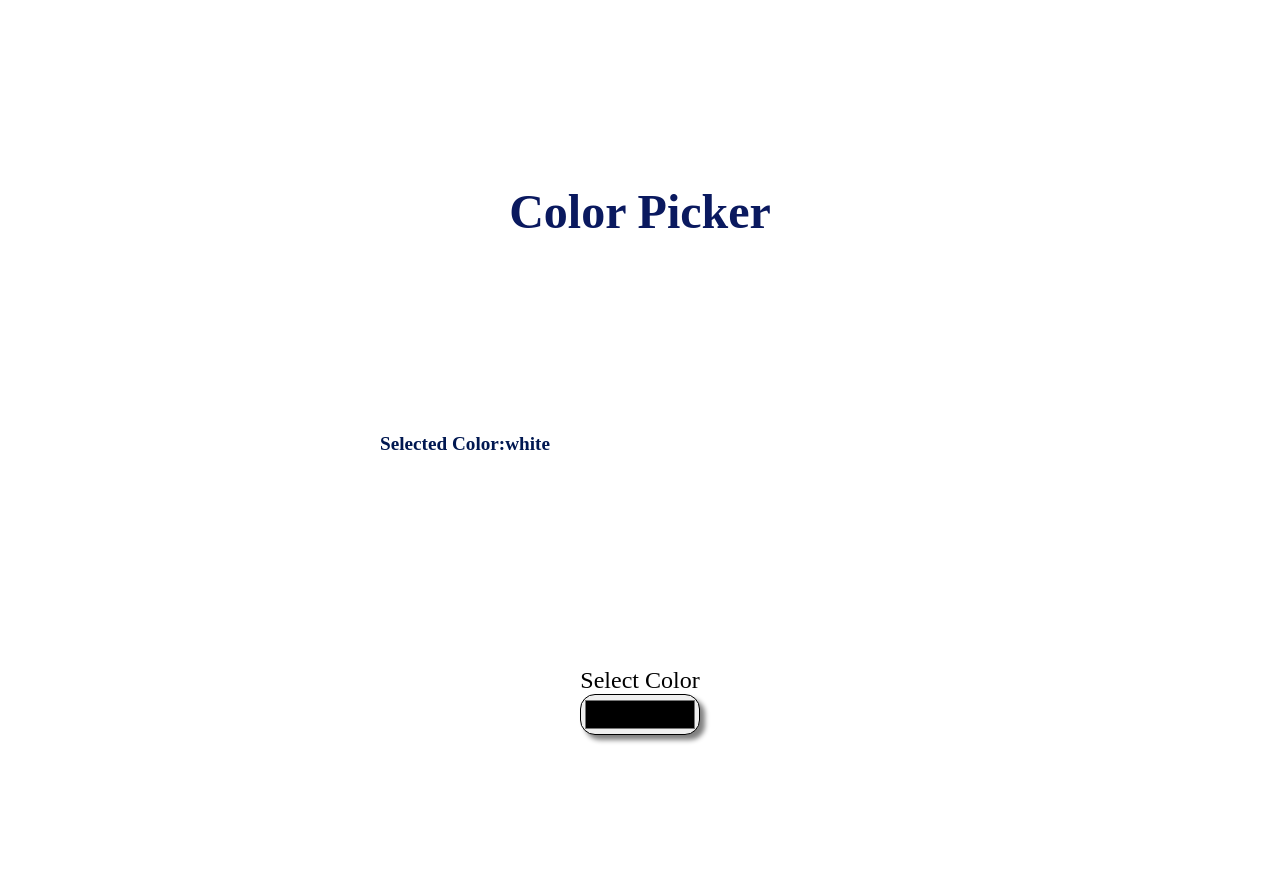
Repository: rkrukshan/Color-Picker--React-
Page: /
The author's editor kept a copy of each file at every save. The page is drawn from the files as they stood at one save, then again after the next save.
The browser window is 1280 px wide. The pictures show the whole page.
The project was rebuilt for these pictures with package versions that can differ from the ones it lists, and the page was loaded fresh each time. Also part of the build but not shown: vite.config.js.

Above is the page before, as saved 2024-07-21 18:38:57.

After the next save:
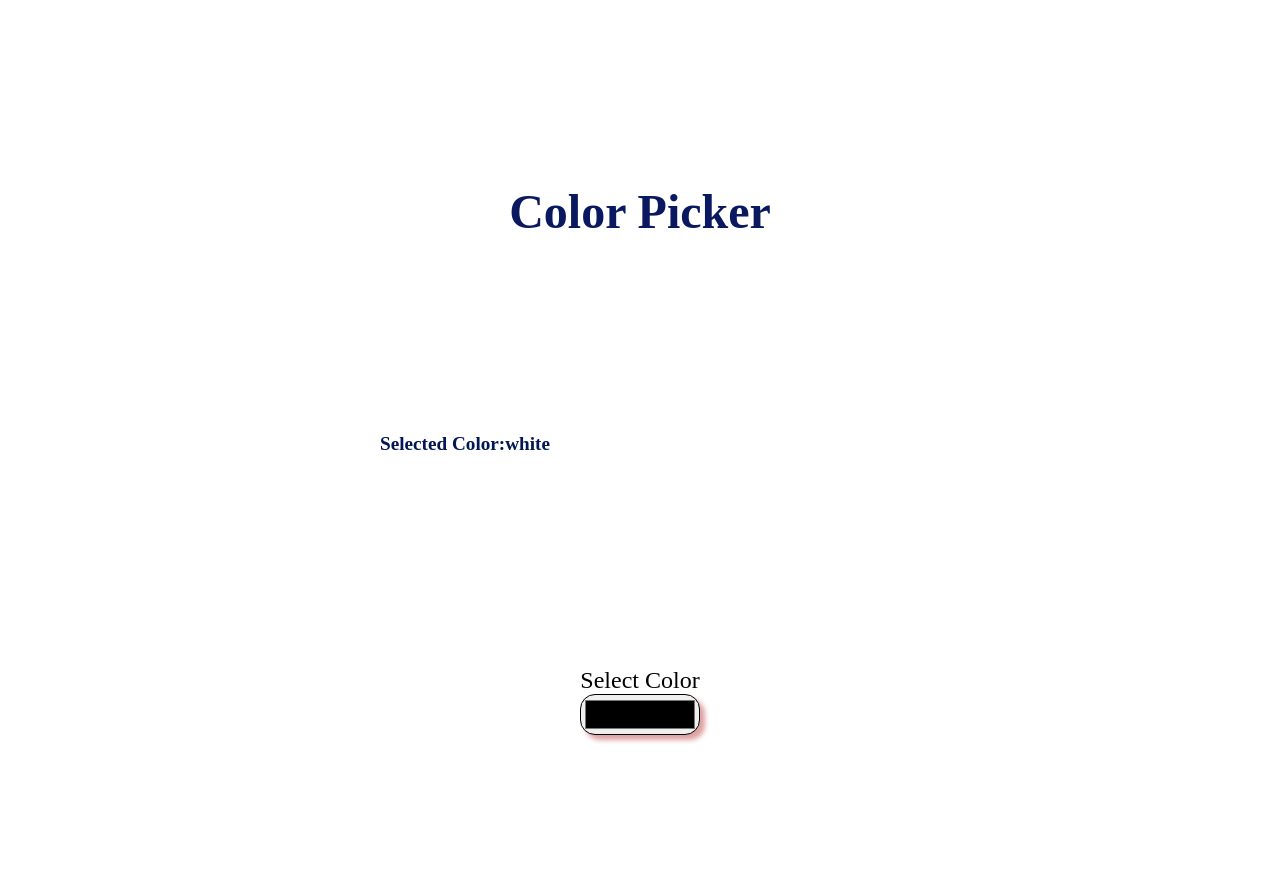
Saved 6 s later.
--- a/src/index.css
+++ b/src/index.css
@@ -31,5 +31,5 @@ font-size: 1.5em;
   width: 9em;
   height: 41px;
   border-radius:15px;
-  box-shadow: 5px 5px 5px gray;
+  box-shadow: 5px 5px 5px rgb(221, 161, 161);
 }
